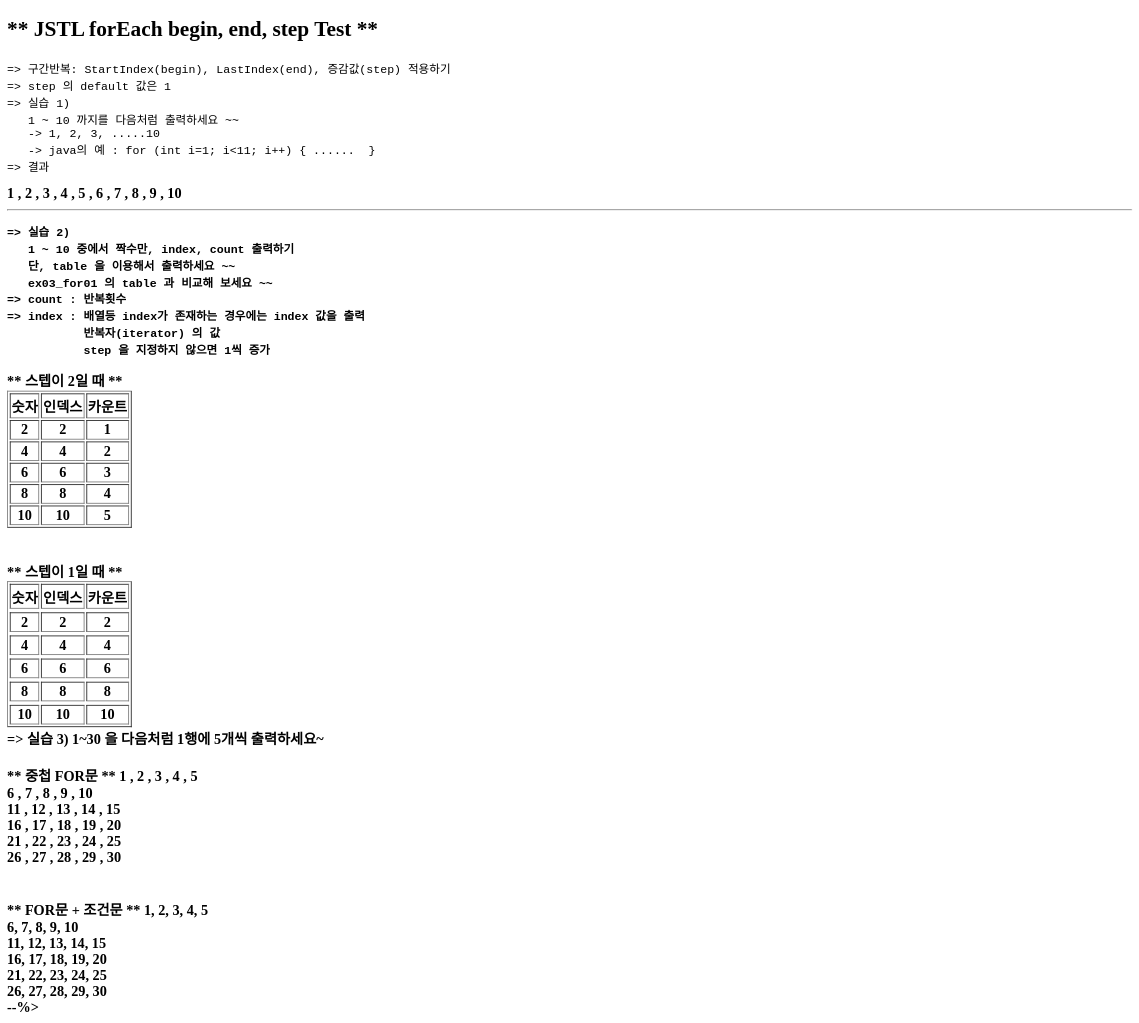
Repository: JYH94/JAVA
Page: http://localhost/web01/jsp03_jstl/ex03_for02.jsp
The author's editor kept a copy of each file at every save. The page is drawn from the files as they stood at one save, then again after the next save.
The browser window is 1280 px wide. The pictures show the whole page, at 89% of full size.
The page is served by Tomcat 9.

Above is the page before, as saved 2024-01-17 01:49:29.

After the next save:
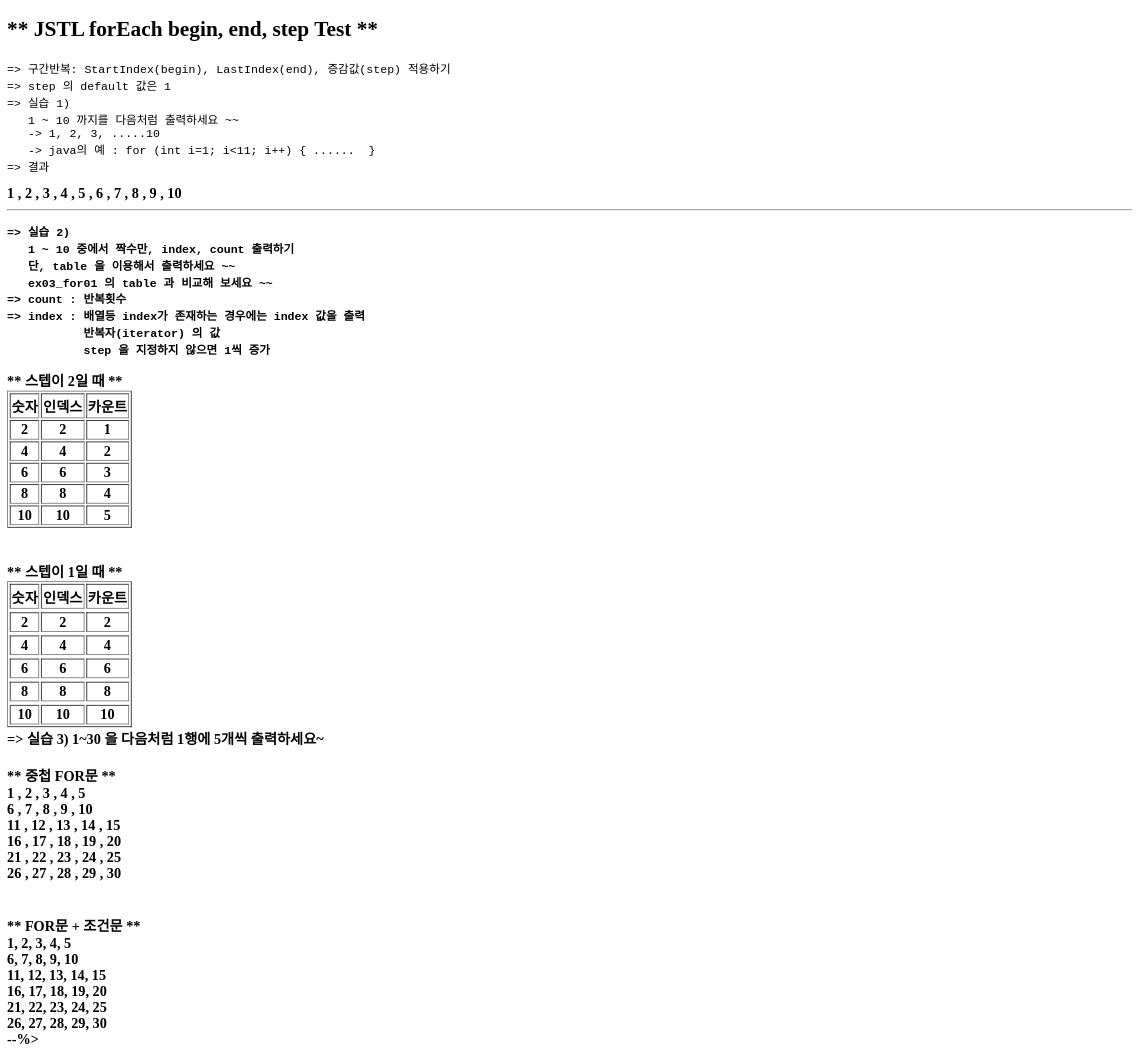
Saved 13 s later.
--- a/web01/src/main/webapp/jsp03_jstl/ex03_for02.jsp
+++ b/web01/src/main/webapp/jsp03_jstl/ex03_for02.jsp
@@ -92,7 +92,7 @@ forEach반복문이 1부터 돌면서 조건문을 통해 건너뛰기 때문에
 ............30 -->
 <br>
 
-** 중첩 FOR문 **
+** 중첩 FOR문 **<br>
 <c:forEach var="num1" begin="0" end="5" varStatus="vs1">
 	<c:forEach var="num2" begin="${5*num1 + 1}" end="${5*num1 + 5}" varStatus="vs2">
 		<%-- <c:if test="${vs2.last == false}">
@@ -111,7 +111,7 @@ forEach반복문이 1부터 돌면서 조건문을 통해 건너뛰기 때문에
 
 <br><br>
 
-** FOR문 + 조건문 **
+** FOR문 + 조건문 **<br>
 <c:forEach var="i" begin="1" end="30" step="1" varStatus="vs">
 	<c:choose>
 		<c:when test="${i %5 != 0}">
